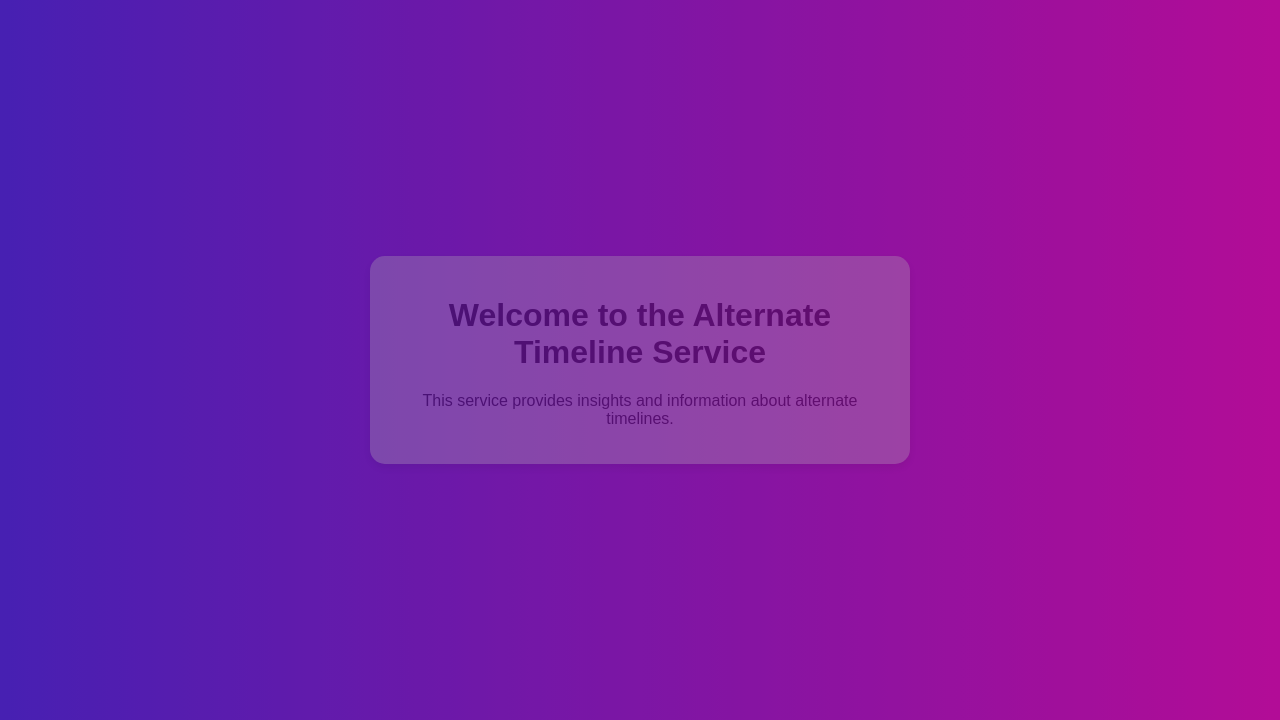
Repository: JovKun/DecisionCraft
Page: service/index.html
The author's editor kept a copy of each file at every save. The page is drawn from the files as they stood at one save, then again after a run of saves.
The browser window is 1280 px wide. The pictures show the whole page.

Above is the page before, as saved 2026-01-31 12:43:57.
Not found: service/script.js

### service/index.html
<!DOCTYPE html>
<html lang="en">
<head>
    <meta charset="UTF-8">
    <meta name="viewport" content="width=device-width, initial-scale=1.0">
    <title>Alternate Timeline</title>
    <link rel="stylesheet" href="style.css">
</head>
<body>
    <div id="timeline-container" class="container">
        <h1>Welcome to the Alternate Timeline Service</h1>
        <p>This service provides insights and information about alternate timelines.</p>
    </div>

    <script src="script.js"></script>
</body>
</html>

### service/style.css
/* style.css */
html {
    background: linear-gradient(to right, rgb(101, 45, 255), rgb(255, 17, 215));
    filter: brightness(0.7);
    height: 100%;
    margin: 0;
    font-family: Arial, sans-serif;
}

body {
    display: flex;
    justify-content: center;
    align-items: center;
    height: 100vh;
    margin: 0;
    opacity: 1;
}

.container {
    background-color: white;
    border-radius: 15px;
    box-shadow: 0 4px 8px rgba(0, 0, 0, 0.2);
    padding: 20px;
    text-align: center;
    width: 500px;
    opacity: 0.3;
}

After the next 3 saves:
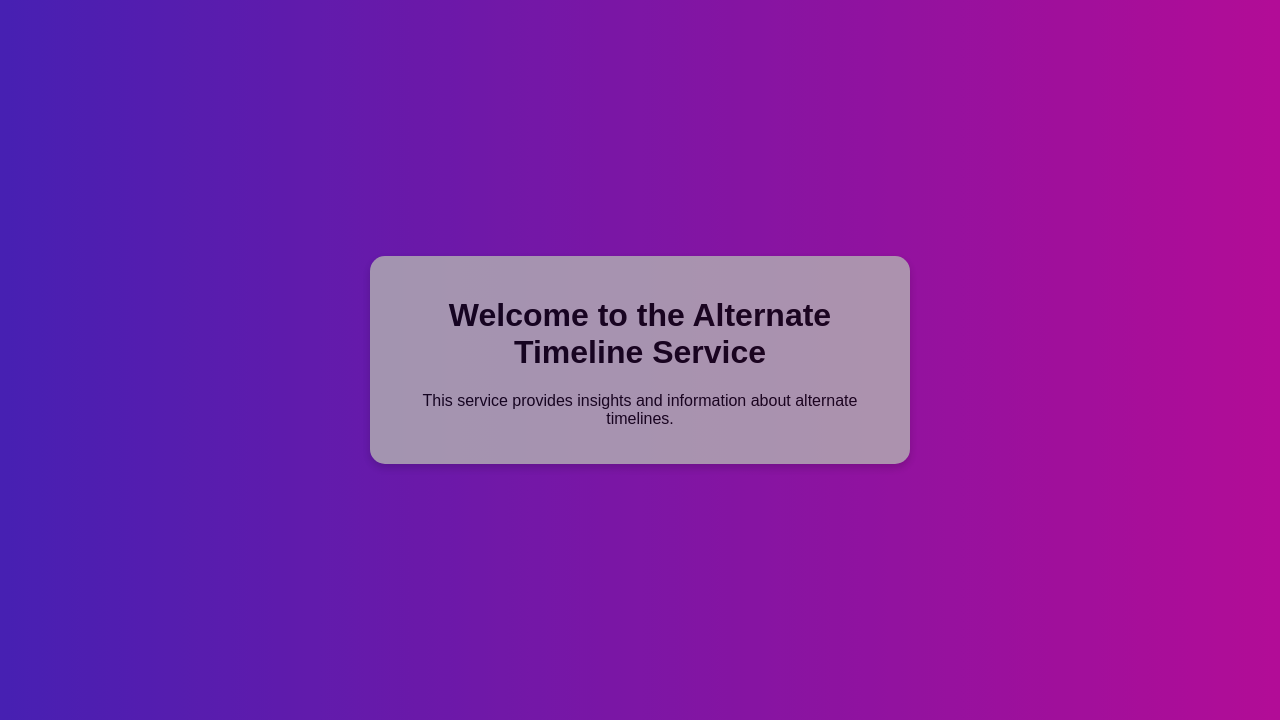
The 3 saves are shown as one change because they came seconds apart.
The last was saved 9 s later.
--- a/service/style.css
+++ b/service/style.css
@@ -13,7 +13,6 @@
     align-items: center;
     height: 100vh;
     margin: 0;
-    opacity: 1;
 }
 
 .container {
@@ -23,5 +22,5 @@
     padding: 20px;
     text-align: center;
     width: 500px;
-    opacity: 0.3;
+    opacity: 0.8;
 }
